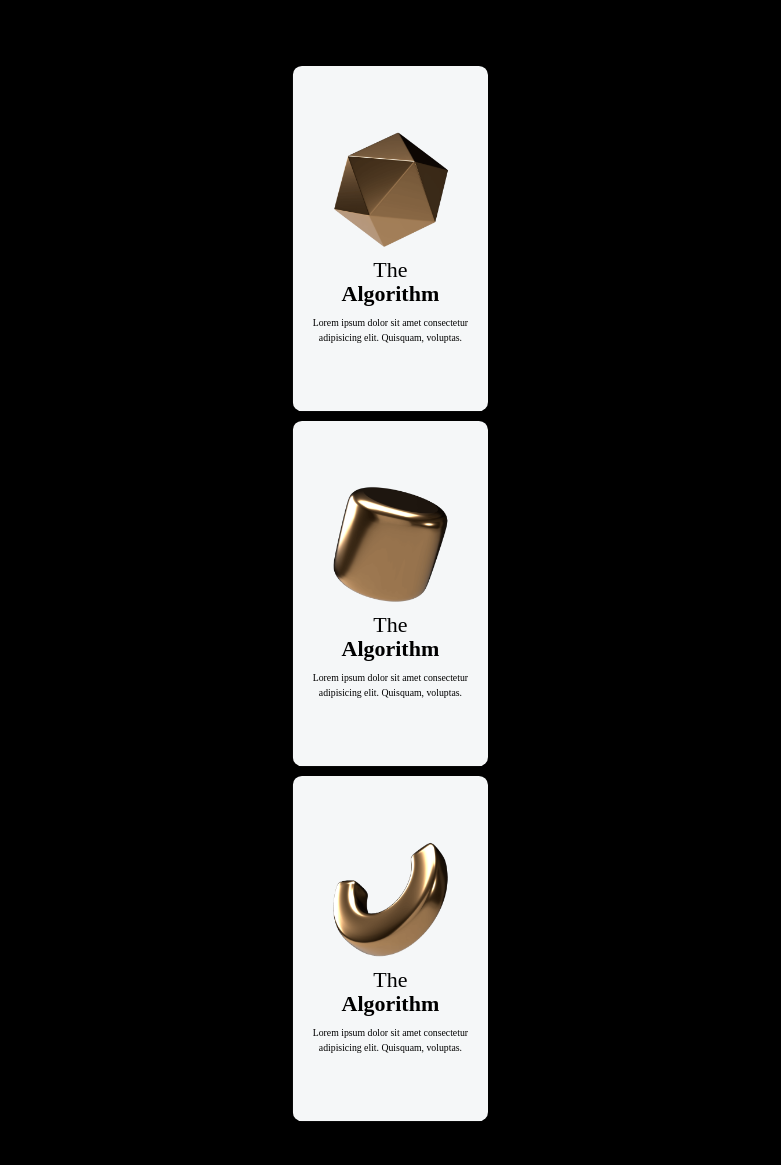
Repository: Himani0002/Scroll-Trigger
Page: index.html
An editor plug-in stored every save of this project. The page is shown before and after the next save, followed by the edit.
The browser window is 1280 px wide. The pictures show the whole page, at 61% of full size.
Some web fonts or font styles are not loaded; a fallback is used. Some web libraries are served in a nearby version.

Above is the page before, as saved 2024-11-15 21:42:25.

After the next save:
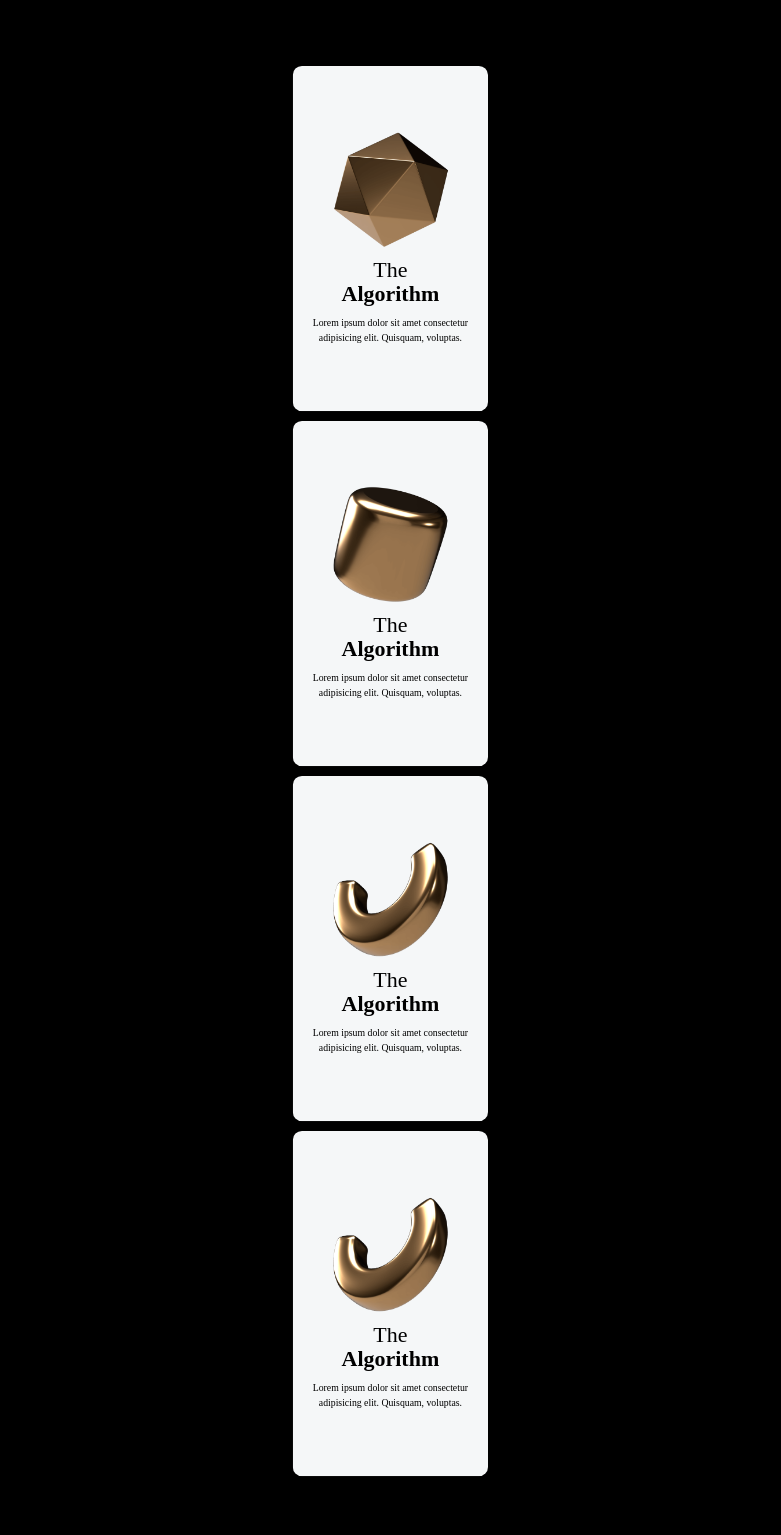
Saved 10 s later.
--- a/index.html
+++ b/index.html
@@ -58,6 +58,17 @@
       Lorem ipsum dolor sit amet consectetur adipisicing elit. Quisquam, voluptas.
     </p>
   </div>
+  <div
+    class="card3 sticky top-[15vh] flex flex-col w-[25svw] rounded-[15px] py-[15vh] px-[20px] gap-4 items-center bg-[#F5F7F8]">
+    <img src="./image/3.png" class="w-[190px] aspect-square" alt="">
+    <h1 class="text-4xl font-thin">
+      The<br>
+      <span class="font-bold">Algorithm</span>
+    </h1>
+    <p>
+      Lorem ipsum dolor sit amet consectetur adipisicing elit. Quisquam, voluptas.
+    </p>
+  </div>
 
 </main>
 
